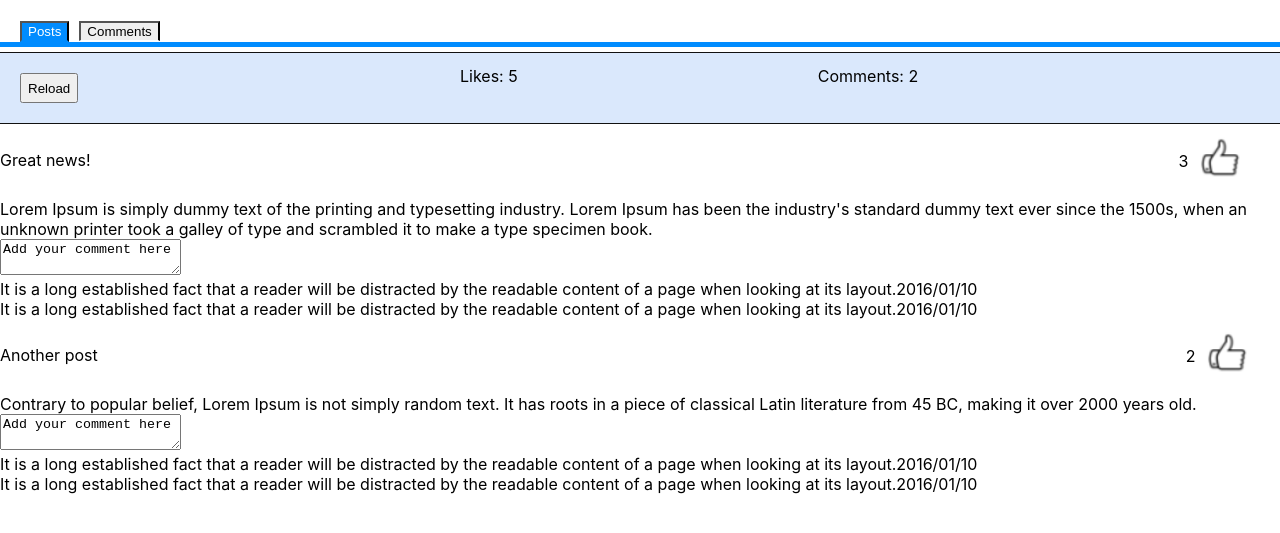
Repository: milosKomiRajkovic94/cleverbit-project
Page: /
The author's editor kept a copy of each file at every save. The page is drawn from the files as they stood at one save, then again after the next save.
The browser window is 1280 px wide. The pictures show the whole page.
The project was rebuilt for these pictures with package versions that can differ from the ones it lists, and the page was loaded fresh each time. Also part of the build but not shown: src/utils/Loader.js.

Above is the page before, as saved 2020-10-13 20:42:49.

### src/index.js
import React from 'react';

import ReactDOM from 'react-dom';

import App from './App';

import * as serviceWorker from './serviceWorker';

import configureStore from "./store";

import { Provider } from "react-redux";

import { HashRouter as Router } from "react-router-dom";

import "./scss/index.scss";

const store = configureStore();

ReactDOM.render(
  <React.StrictMode>
    <Provider store={store} >
      <Router>
        <App />
      </Router>
    </Provider>
  </React.StrictMode>,
  document.getElementById('root')
);

// If you want your app to work offline and load faster, you can change
// unregister() to register() below. Note this comes with some pitfalls.
// Learn more about service workers: https://bit.ly/CRA-PWA
serviceWorker.unregister();

### src/App.js
import React, {useEffect, useState, lazy, Suspense} from 'react';

import { connect } from "react-redux";

import { bindActionCreators } from "redux";

import { loadCurrentPosts } from "./actions/postActions";

import {
  useHistory,
  Route,
  Switch,
  withRouter,
} from "react-router-dom";

import Header from "./components/HeaderComponents/Header";

import PostsContainer from "./components/PostsComponents/PostsContainer";

import { POSTS, COMMENTS, HOME } from "./constants/urls";

import Loader from "./utils/Loader";

const App = ({ currentPosts, currentPostsAreLoading, currentPostsFailedLoading, loadCurrentPostsAction }) => {

  const [initialLoadingDone, setInitialLoadingDone] = useState(false);
  const history = useHistory();

  useEffect(() => {
    if(!initialLoadingDone){
      loadCurrentPostsAction(true);
      setInitialLoadingDone(true);
    }
  }, [initialLoadingDone, loadCurrentPostsAction])

  function changeLocation(locationToGo) {
    history.push(locationToGo);
  }

  function waitingComponent(Component) {
    return (props) => (
      <Suspense
        fallback={<Loader classNameOfWrapper="centered" text={"Loading"} />}
      >
        <Component {...props} />
      </Suspense>
    );
  }

  return (
    <div className="App">
       <Header
        changeLocation={changeLocation}
       />
       <Switch>
        <Route exact path={HOME} component={PostsContainer} />
        <Route
          exact
          path={POSTS}
          component={waitingComponent(
            lazy(() =>
              import("./components/PostsComponents/PostsContainer")
            )
          )}
        />
        <Route
          exact
          path={COMMENTS}
          component={waitingComponent(
            lazy(() =>
              import("./components/CommentsComponents/CommentsContainer")
            )
          )}
        />
      </Switch>
    </div>
  );
}

const mapStateToProps = (state) => {
  return {
    currentPosts: state.postReducer.currentPosts,
    currentPostsAreLoading: state.postReducer.currentPostsAreLoading,
    currentPostsFailedLoading: state.postReducer.currentPostsFailedLoading,
  }
}

const mapDispatchToProps = (dispatch) => {
  return{
    loadCurrentPostsAction: bindActionCreators(loadCurrentPosts, dispatch)
  }
}

export default withRouter(connect(mapStateToProps, mapDispatchToProps) (App));

### src/store.js
import { createStore, applyMiddleware } from "redux";

import thunk from "redux-thunk";

import rootReducer from "./reducers";

export default function configureStore(){
    return createStore(
        rootReducer,
        applyMiddleware(thunk)
    )
}

### src/scss/index.scss
@import 'app';

@import 'header';

@import 'posts';

### src/actions/postActions.js
import { CURRENT_POSTS_LOADED_SUCCESSFULLY, CURRENT_POSTS_ARE_LOADING, CURRENT_POSTS_FAILED_LOADING, CURRENT_POSTS_LOADED_SUCCESSFULLY_AFTER_INITIAL_LOAD } from "./actionTypes";

import  fakeData from "../constants/fakeData";

export function currentPostsAreLoadingAction(currentPostsAreLoading){
    return{
        type: CURRENT_POSTS_ARE_LOADING,
        currentPostsAreLoading
    }
}

export function currentPostsFailedLoadingAction(currentPostsFailedLoading){
    return{
        type: CURRENT_POSTS_FAILED_LOADING,
        currentPostsFailedLoading
    }
}

export function currentPostsLoadedSuccessfullyAction(currentPosts){
    return{
        type: CURRENT_POSTS_LOADED_SUCCESSFULLY,
        currentPosts
    }
}

/* This is just an action for remaining the current state in order not to have restarted data, but instead updated current data after click on RELOAD BUTTON.
    Delete this action after implementation of API endpoint and use just currentPostsLoadedSuccessfullyAction in order to send current data from the endpoint.
*/
export function currentPostsLoadedSuccessfullyAfterInitialLoad(){
    return{
        type: CURRENT_POSTS_LOADED_SUCCESSFULLY_AFTER_INITIAL_LOAD,
    }
}


export function loadCurrentPosts(initialLoad){
    return(dispatch) => {
        dispatch(currentPostsAreLoadingAction(true));
        /* I will pass direct fake JSON data here and you can implement your actual API end point request here.
        setTimeout will be used as imitation that it takes some time for the request to reach endpoint. */
        setTimeout(function(){
            if(initialLoad){
                dispatch(currentPostsLoadedSuccessfullyAction(fakeData));
            }else {
                dispatch(currentPostsLoadedSuccessfullyAfterInitialLoad());
            }
        }, 1500)

    }
}

### src/components/HeaderComponents/Header.js
import React from "react";

import {
    POSTS,
    COMMENTS,
    HOME
} from "../../constants/urls";

import {
    withRouter,
    useLocation,
  } from "react-router-dom";

const Header = ({ changeLocation }) => {
    const location = useLocation();

    return(
        <div className="header">
            <button className={location.pathname === POSTS || location.pathname === HOME ? "selectedHeaderButton" : "ordinaryButton"} onClick={() => changeLocation(POSTS)}>
                Posts
            </button>
            <button className={location.pathname === COMMENTS ? "rightButton selectedHeaderButton" : "rightButton ordinaryButton"} onClick={() => changeLocation(COMMENTS)}>
                Comments
            </button>
        </div>
    )
}

export default withRouter(Header);

### src/components/PostsComponents/PostsContainer.js
import React from "react";

import { connect } from "react-redux";

import Post from "./Post";

const PostsContainer = ({
    currentNumberOfLikes,
    currentNumberOfComments,
    currentPosts
}) => {
    return(
        <div>
            <div className="postsHeader">
                <button className="reloadButton">
                    Reload
                </button>
                <div className="likesAndCommentsNumber">
                    <span className="likesNumber">
                        Likes: {currentNumberOfLikes}
                    </span>
                    <span className="commentsNumber">
                        Comments: {currentNumberOfComments}
                    </span>
                </div>
            </div>
            <div className="postsContainer">
                {currentPosts.map((singlePost) => {
                    return(
                        <Post
                            title={singlePost.title}
                            comments={singlePost.comments}
                            description={singlePost.description}
                            numberOfLikes={singlePost.numberOfLikes}
                        />
                    )
                })}
            </div>
        </div>
    )
}

const mapStateToProps = (state) => {
    return{
        currentNumberOfLikes: state.postReducer.currentNumberOfLikes,
        currentNumberOfComments: state.postReducer.currentNumberOfComments,
        currentPosts: state.postReducer.currentPosts,
    }
}

export default connect(mapStateToProps) (PostsContainer);

### src/constants/urls.js
export const POSTS = "/posts";
export const COMMENTS = "/comments";
export const HOME = "/";

### src/reducers/index.js
import { combineReducers } from "redux";

import { postReducer } from "./postsReducer";

export default combineReducers({
    postReducer
});

### src/scss/app.scss
body {
  margin: 0;
  font-family: -apple-system, BlinkMacSystemFont, 'Segoe UI', 'Roboto', 'Oxygen',
    'Ubuntu', 'Cantarell', 'Fira Sans', 'Droid Sans', 'Helvetica Neue',
    sans-serif;
  -webkit-font-smoothing: antialiased;
  -moz-osx-font-smoothing: grayscale;
}

code {
  font-family: source-code-pro, Menlo, Monaco, Consolas, 'Courier New',
    monospace;
}

.centered {
  position: fixed;
  top: 50%;
  left: 50%;
}

### src/scss/header.scss
.header {
  padding: 20px;
  border-bottom: 5px solid #008cff;
  padding-bottom: 0px;
}

.selectedHeaderButton,
.selectedHeaderButton:focus,
.selectedHeaderButton:active {
  background: #008cff;
  color: #fff;
  border-bottom: 2px solid #008cff;
  outline: none;
}

.ordinaryButton {
  border-bottom: 1px solid #fff;
}

.rightButton {
  margin-left: 10px;
}

### src/scss/posts.scss
.postsHeader {
  display: inline-flex;
  width: 100%;
  height: 70px;
  margin-top: 5px;
  border-top: 1px solid #111;
  border-bottom: 1px solid #111;
  background-color: #dae8fc;
}

.likesAndCommentsNumber span {
  padding: 150px;
}

.likesAndCommentsNumber {
  width: 100%;
  text-align: center;
  padding-top: 1%;
}

.reloadButton {
  margin: 20px;
}

.postHeader {
  display: inline-flex;
  width: 100%;
  height: 75px;
}

.postLikes {
  display: inline-flex;
  padding-left: 85%;
}

.concreteNumberOfLikes {
  padding-top: 35%;
}

.postTitle {
  padding-top: 2%;
}

### src/actions/actionTypes.js
export const CURRENT_POSTS_LOADED_SUCCESSFULLY = "CURRENT_POSTS_LOADED_SUCCESSFULLY";
export const CURRENT_POSTS_LOADED_SUCCESSFULLY_AFTER_INITIAL_LOAD = "CURRENT_POSTS_LOADED_SUCCESSFULLY_AFTER_INITIAL_LOAD";
export const CURRENT_POSTS_ARE_LOADING = "CURRENT_POSTS_ARE_LOADING";
export const CURRENT_POSTS_FAILED_LOADING = "CURRENT_POSTS_FAILED_LOADING";

### src/constants/fakeData.js
export default [
    {
        id: 1,
        title: "Great news!",
        description: "Lorem Ipsum is simply dummy text of the printing and typesetting industry. Lorem Ipsum has been the industry's standard dummy text ever since the 1500s, when an unknown printer took a galley of type and scrambled it to make a type specimen book.",
        comments: [
            {
                id: 1,
                text: "It is a long established fact that a reader will be distracted by the readable content of a page when looking at its layout.",
                date: "2016/01/10"
            },
            {
                id: 2,
                text: "It is a long established fact that a reader will be distracted by the readable content of a page when looking at its layout.",
                date: "2016/01/10"
            }
        ],
        numberOfLikes: 3
    },
    {
        id: 2,
        title: "Another post",
        description: "Contrary to popular belief, Lorem Ipsum is not simply random text. It has roots in a piece of classical Latin literature from 45 BC, making it over 2000 years old.",
        comments: [
            {
                id: 3,
                text: "It is a long established fact that a reader will be distracted by the readable content of a page when looking at its layout.",
                date: "2016/01/10"
            },
            {
                id: 2,
                text: "It is a long established fact that a reader will be distracted by the readable content of a page when looking at its layout.",
                date: "2016/01/10"
            }
        ],
        numberOfLikes: 2
    }
]

### src/components/PostsComponents/Post.js
import React from "react";

const Post = ({ title, description, comments, numberOfLikes }) => {
    return(
        <div className="singlePost">
            <div className="postHeader">
                <div className="postTitle">
                    {title}
                </div>
                <div className="postLikes">
                    <span className="concreteNumberOfLikes">
                        {numberOfLikes}
                    </span>
                    <img className="likeImage" src={require("./images/likeButtonImage.png")} alt="likeImage" />
                </div>
            </div>
            <div className="postDescription">
                {description}
            </div>
            <div className="postCommentSection">
                <textarea name="newComment">
                  Add your comment here
                </textarea>
            </div>
            {comments.map((comment) => {
                return(
                    <div className="singleComment">
                        <span className="singleCommentText">
                            {comment.text}
                        </span>
                        <span className="singleCommentDate">
                            {comment.date}
                        </span>
                    </div>
                )
            })}
        </div>
    )
}

export default Post;

### src/reducers/postsReducer.js
import { CURRENT_POSTS_LOADED_SUCCESSFULLY, CURRENT_POSTS_ARE_LOADING, CURRENT_POSTS_FAILED_LOADING, CURRENT_POSTS_LOADED_SUCCESSFULLY_AFTER_INITIAL_LOAD } from "../actions/actionTypes";

import initialState from "../initialState";


export function postReducer(
    state = initialState.postsReducerState,
    action
) {
    switch(action.type){
        case CURRENT_POSTS_LOADED_SUCCESSFULLY: {
            return{
                ...state,
                currentPosts: action.currentPosts,
                currentPostsAreLoading: false,
                currentPostsFailedLoading: false,
            };
        }

        //When using the real API endpoint just remove this case
        case CURRENT_POSTS_LOADED_SUCCESSFULLY_AFTER_INITIAL_LOAD: {
            return{
                ...state,
                currentPosts: state.currentPosts,
                currentPostsAreLoading: false,
                currentPostsFailedLoading: false,
            };
        }

        case CURRENT_POSTS_ARE_LOADING: {
            return{
                ...state,
                //When using the real API endpoint just replace this with empty array []
                currentPosts: state.currentPosts,
                currentPostsAreLoading: action.currentPostsAreLoading,
                currentPostsFailedLoading: false,
            };
        }

        case CURRENT_POSTS_FAILED_LOADING: {
            return {
                ...state,
                //When using the real API endpoint just replace this with empty array []
                currentPosts: state.currentPosts,
                currentPostsAreLoading: false,
                currentPostsFailedLoading: action.currentPostsFailedLoading,
            }
        }

        default: {
            return state;
        }
    }
}

### src/initialState.js
export default {
    postsReducerState: {
        currentPosts: [],
        currentNumberOfLikes: 5,
        currentNumberOfComments: 2,
        currentPostsAreLoading: false,
        currentPostsFailedLoading: false,
    }
}

Loaded but not shown: public/index.html (common file); src/serviceWorker.js (common file)

After the next save:
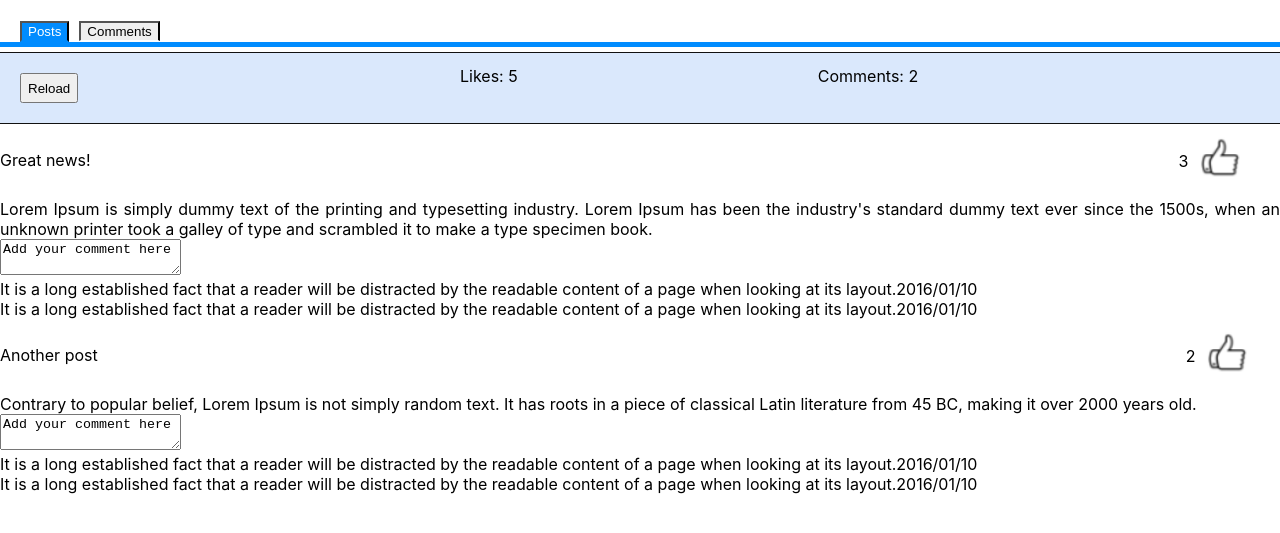
Saved 53 s later.
--- a/src/scss/posts.scss
+++ b/src/scss/posts.scss
@@ -40,3 +40,7 @@
 .postTitle {
   padding-top: 2%;
 }
+
+.postDescription {
+  text-align: justify;
+}
